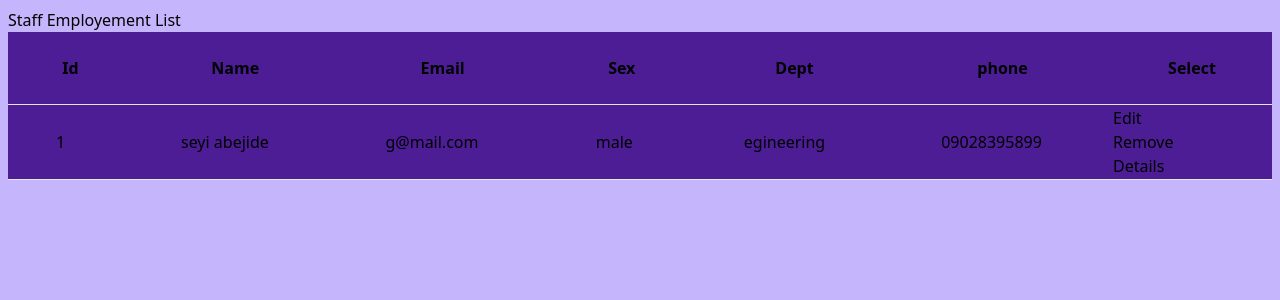
Repository: Semanmernstack/crud
Page: /
These files come from the project's save history. The page is drawn as it stood at one moment and after the next save; the edit follows.
The browser window is 1280 px wide. The pictures show the whole page.
The project was rebuilt for these pictures with package versions that can differ from the ones it lists, and the page was loaded fresh each time. Requests to the local data server were answered from the project's data file. Also part of the build but not shown: src/Details.js, src/Create.js, src/Edit.js.

Above is the page before, as saved 2022-12-24 00:59:12.

After the next save:
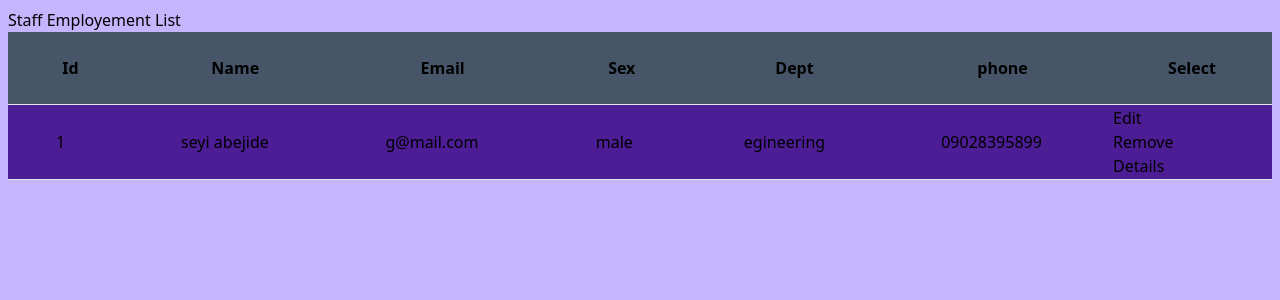
Saved 26 s later.
--- a/src/List.js
+++ b/src/List.js
@@ -23,7 +23,7 @@ function List() {
         <table className="  w-[100%] bg-violet-900   " >
 
             <thead>
-                <tr className="border-b">
+                <tr className="border-b bg-slate-600">
                     <th scope='col' className=" lg:py-6 lg:px-12 py-3 px-6">Id</th>
                     <th scope='col' className=" lg:py-6 lg:px-12 py-3 px-6">Name</th>
                     <th scope='col' className=" lg:py-6 lg:px-12 py-3 px-6">Email</th>
